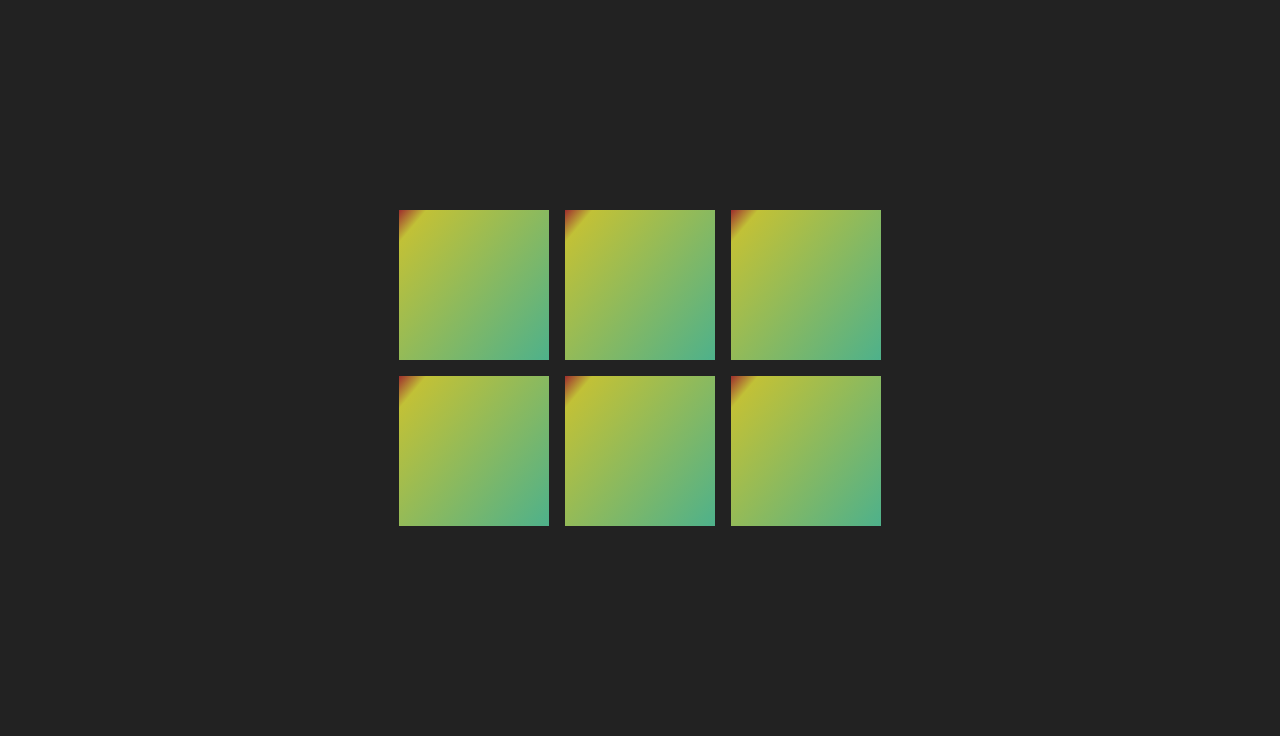
Repository: mariocapitbrok/css-grid
Page: index.html
These files come from the project's save history. The page is drawn as it stood at one moment and after the next save; the edit follows.
The browser window is 1280 px wide. The pictures show the whole page.

Above is the page before, as saved 2022-12-29 13:15:45.

After the next save:
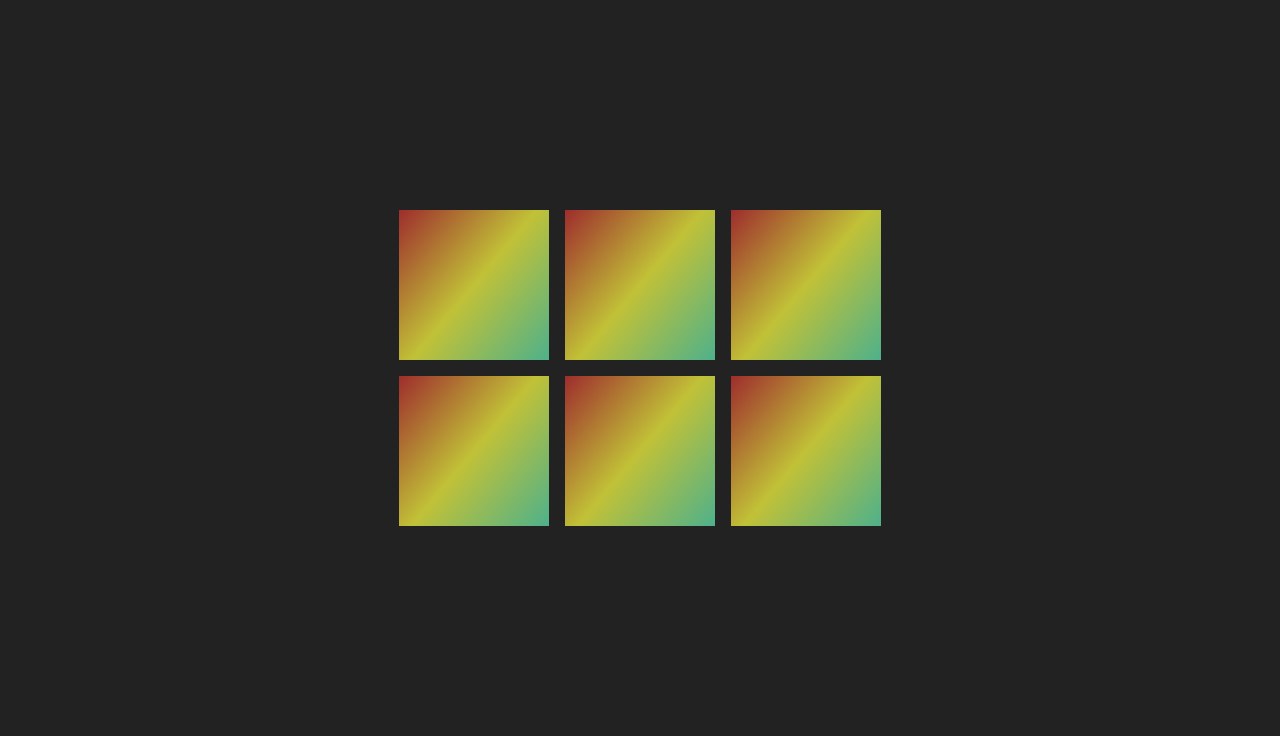
Saved 4 s later.
--- a/styles.css
+++ b/styles.css
@@ -15,5 +15,5 @@ body {
 
 .item {
   background-color: #1EAAFC;
-  background-image: linear-gradient(130deg, #9e2d2d 0%, #c1c137 10%, #4eb18b);
+  background-image: linear-gradient(130deg, #9e2d2d 0%, #c1c137 50%, #4eb18b);
 }
